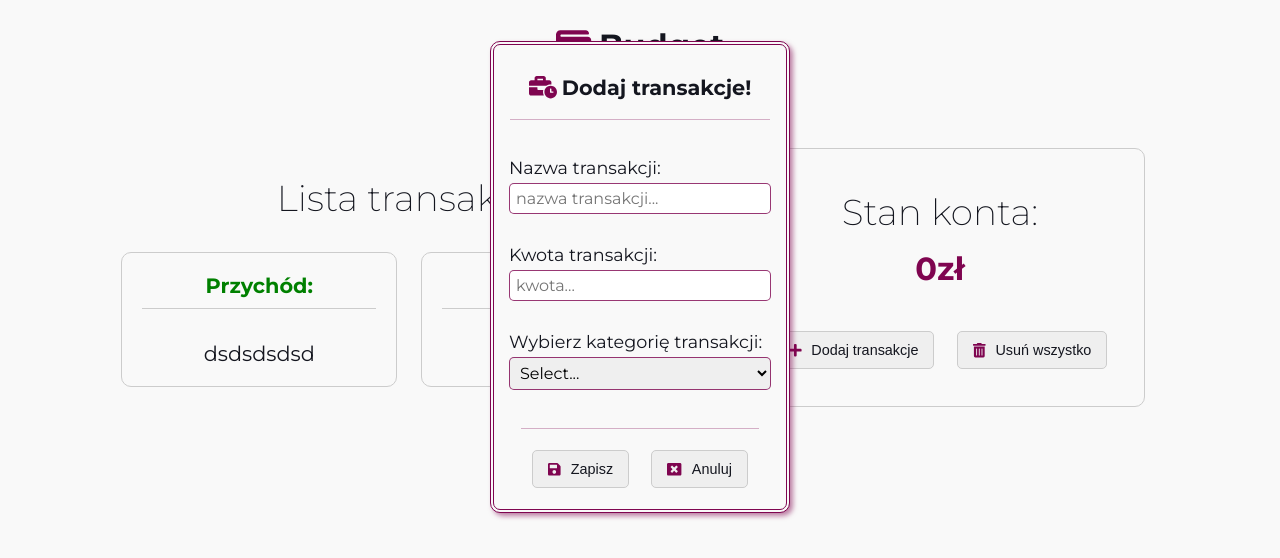
Repository: KrzysKolo/sr_tydzien4_zad4
Page: /, after clicking the first element matching `button.sc-dLMFU`
These files come from the project's save history. The page is drawn as it stood at one moment and after the next save; the edit follows.
The browser window is 1280 px wide. The pictures show the whole page.
Some web libraries are served in a nearby version. The project was rebuilt for these pictures with package versions that can differ from the ones it lists, and the page was loaded fresh each time. Also part of the build but not shown: src/components/budgetComponents/formComponents/ErrorMessage.js.

Above is the page before, as saved 2020-12-03 19:37:10.

### public/index.html
<!DOCTYPE html>
<html lang="en">
  <head>
    <meta charset="utf-8" />
    <link rel="icon" href="%PUBLIC_URL%/favicon.ico" />
    <meta name="viewport" content="width=device-width, initial-scale=1" />
    <meta name="theme-color" content="#000000" />
    <meta
      name="description"
      content="Web site created using create-react-app"
    />
    <link rel="apple-touch-icon" href="%PUBLIC_URL%/logo192.png" />
    <!--
      manifest.json provides metadata used when your web app is installed on a
      user's mobile device or desktop. See https://developers.google.com/web/fundamentals/web-app-manifest/
    -->
    <link rel="manifest" href="%PUBLIC_URL%/manifest.json" />
    <!--
      Notice the use of %PUBLIC_URL% in the tags above.
      It will be replaced with the URL of the `public` folder during the build.
      Only files inside the `public` folder can be referenced from the HTML.

      Unlike "/favicon.ico" or "favicon.ico", "%PUBLIC_URL%/favicon.ico" will
      work correctly both with client-side routing and a non-root public URL.
      Learn how to configure a non-root public URL by running `npm run build`.
    -->
    <link
      href="https://fonts.googleapis.com/css?family=Montserrat:200,400,700&display=swap&subset=latin-ext"
      rel="stylesheet"
    />
    <script
      src="https://kit.fontawesome.com/327a0d490c.js"
      crossorigin="anonymous"
    ></script>
    <title>Budget</title>
  </head>
  <body>
    <noscript>You need to enable JavaScript to run this app.</noscript>
    <div id="root"></div>
    <!--
      This HTML file is a template.
      If you open it directly in the browser, you will see an empty page.

      You can add webfonts, meta tags, or analytics to this file.
      The build step will place the bundled scripts into the <body> tag.

      To begin the development, run `npm start` or `yarn start`.
      To create a production bundle, use `npm run build` or `yarn build`.
    -->
  </body>
</html>

### src/App.js
import React from 'react';
import Budget from './components/Budget'

const App = () => {
  return (
    <>
      <Budget/>
    </>
  )
}

export default App;

### src/components/Budget.js
import React from 'react';
import Header from './budgetComponents/Header';
import Section from './budgetComponents/Section';
import SectionInfo from './budgetComponents/SectionInfo';
import H2 from './budgetComponents/sectionComponents/H2';
import styled, { createGlobalStyle } from 'styled-components';

const GlobalStyle = createGlobalStyle`
    * {
        padding: 0;
        margin: 0;
        box-sizing: border-box;
    }
    body {
        background-color: #f9f9f9;
        color: #14161f;
        font-family: "Montserrat", sans-serif;
        font-size: 16px;
        min-height: 100vh;
    }
    `;
const Container = styled.main`
    font-size: 1.5rem;
`;
const SectionContainer = styled.section`
    display: flex;
    flex-direction: row;
    justify-content: center;
    align-items: center;
`;
const SectionBudget = styled.section`
    display: flex;
    flex-direction: column;
    justify-content: center;
    align-items: center;
`;
const DivItems = styled.div`
    display: flex;
    flex-direction: row;
    justify-content: center;
    align-items: center;

`;
const Budget = () => {
    return (
        <>
            <GlobalStyle />
            <Container>
                <Header />
                <SectionContainer>
                    <SectionBudget>
                        <H2 title={"Lista transakcji"} />
                        <DivItems>
                            <Section title={"Przychód"} label={"p"}/>
                            <Section title={"Wydatki"}/>
                        </DivItems>
                    </SectionBudget>
                    <SectionInfo title={"Stan konta"}/>
                </SectionContainer>
            </Container>

        </>
    )
}

export default Budget;

### src/components/budgetComponents/Header.js
import React from 'react';
import styled from 'styled-components';
import { FontAwesomeIcon } from '@fortawesome/react-fontawesome';
import { faWallet } from '@fortawesome/free-solid-svg-icons';

const SectionHeader = styled.header`
    align-items: center;
    color: rgb(127, 5, 80);
    display: flex;
    font-size: 2.2rem;
    flex-direction: column;
    justify-content: center;
    padding: 2%;
`;
const DivHeader = styled.div`
    align-items: center;
    display: flex;
    flex-direction: row;
    justify-content: center;
    margin-bottom: 0.5rem;
`;
const H1Header = styled.h1`
    color: #14161f;
    font-size: 2rem;
    margin-left: .5rem;
`;
const H2Header = styled.h2`
    color: #14161f;
    font-size: 1.25rem;
`;
const Header = () => {
    return (
        <SectionHeader>
            <DivHeader>
                <FontAwesomeIcon icon={faWallet}/>
                <H1Header>Budget</H1Header>
            </DivHeader>
            <H2Header>Personal finance manager.</H2Header>
        </SectionHeader>
    )
}

export default Header;

### src/components/budgetComponents/Section.js
import React from 'react';
import { H1 }from './sectionComponents/index';
import styled from 'styled-components';

const SectionWrapper = styled.section`
    border: 1px solid #ccc;
    border-radius: 10px;
    display: flex;
    flex-direction: column;
    font-size: 1.3rem;
    justify-content: center;
    align-items: center;
    margin: 2%;
    padding: 20px;
    width: 300px;
`;
const Section = ({ title, label }) => {
    return (
        <SectionWrapper>
           <H1 title={title} label={label}> </H1>
           <p>dsdsdsdsd</p>
        </SectionWrapper>
    )
}

export default Section;

### src/components/budgetComponents/SectionInfo.js
import React, { useState } from 'react';
import { H2, P } from './sectionComponents/index';
import Form from './Form';
import Button from './../budgetComponents/buttons/Button';
import styled from 'styled-components';
import { faPlus,  faTrashAlt } from '@fortawesome/free-solid-svg-icons';
const SectionWrapper = styled.section`
    border: 1px solid #ccc;
    border-radius: 10px;
    display: flex;
    flex-direction: column;
    margin: 2vw;
    padding: 2%;
`;
const ButtonWrapper = styled.div`
    display: flex;
    flex-direction: row;
`;

const SectionInfo = ({ title }) => {
    const [showForm, setShowForm] = useState(false);
    const openForm = () =>{
        console.log("aaaaa");
        setShowForm(prev => !prev);
  };
    return (
        <>
        <SectionWrapper>
           <H2 title={title}> </H2>
           <P />
           <ButtonWrapper>
                <Button onClick={openForm} title="Dodaj transakcje" icons={faPlus} />
                <Button title="Usuń wszystko" icons={faTrashAlt} type="submit"/>
           </ButtonWrapper>

        </SectionWrapper>
        <Form showForm={showForm} setShowForm={setShowForm} />
        </>
    )
}

export default SectionInfo;

### src/components/budgetComponents/sectionComponents/H2.js
import React from 'react'
import styled from 'styled-components';

const TitleH2 = styled.h2`
    font-weight: 200;
    margin: 2% auto;
    padding: 0.5rem;
`;

const H2 = ({title}) => {
    return (
        <TitleH2>
            {title}:
        </TitleH2>
    )
}

export default H2;

### src/components/budgetComponents/sectionComponents/index.js
export { default as H1 } from './H1';
export { default as H2 } from './H2';
export { default as P } from './P';

### src/components/budgetComponents/Form.js
import React, { useState } from 'react';
import { Header, Input, Select } from './formComponents/';
import Button from './buttons/Button';
import styled from 'styled-components';
import SelectOptions from './../data/SelectOptions';
import { faBusinessTime, faSave, faWindowClose } from '@fortawesome/free-solid-svg-icons';
import { useFormik } from 'formik';
import * as yup from 'yup';

const FormWrapper = styled.form`
    background-color: #f9f9f9;
    border: 4px double rgb(127, 5, 80);
    border-radius: 10px;
    box-shadow: 3px 3px 5px rgba(127, 5, 80, 0.5);
    color: rgb(127, 5, 80);
    position: fixed;
    display: flex;
    flex-direction: column;
    justify-content: center;
    align-items: center;
    /* margin: 0 auto; */
    padding: 10px;
    width: 20vw;
    min-width: 300px;
`;
const ButtonWrapper = styled.div`
    display: flex;
    flex-direction: row;
    justify-content: center;
    border-top: 1px solid rgba(127, 5, 80, 0.3);
    padding-top: 10px;
    margin-top: 1.4rem;
`;

const FormData = ({ showForm, setShowForm }) => {
    const initialValues  = {
        name: '',
        amount: '',
        category: -1,
    };
    const validationSchema = yup.object({
        name: yup.string().required("Required").min(3, "Musi być min 3 znaki").max(50,"Moze być max 50 znaków"),
        amount: yup.number().required("Required").min(1, "Musi być conajmniej 1 cyfra"),
        category: yup.number().required("Musi być wybrane").min(0, ).max(5),
    })
    const onSubmit = ( values, {resetForm} ) => {
        console.log('Form data', values);
        setShowMessage(true);
        resetForm();
    };
    const [ showMessage, setShowMessage ] = useState(false);
    const formik = useFormik({
        initialValues,
        validationSchema,
        onSubmit,
    });
    return (
        <>
        { showForm &&
        <FormWrapper onSubmit={formik.handleSubmit}>
            <Header icons={faBusinessTime} title={"Dodaj transakcje!"} />
            <Input type="text" label="Nazwa transakcji" name="name" placeholder="nazwa transakcji..." onChange={formik.handleChange} value={formik.values.name} onBlur={formik.handleBlur} error={formik.errors.name} message={formik.errors.name} touched={formik.touched.name} />
            <Input type="text" label="Kwota transakcji" name="amount" placeholder="kwota..." onChange={formik.handleChange} value={formik.values.amount} onBlur={formik.handleBlur} error={formik.errors.amount} message={formik.errors.amount} touched={formik.touched.amount}/>
            <Select options={SelectOptions} label="Wybierz kategorię transakcji" name="category" onChange={formik.handleChange} value={formik.values.category} onBlur={formik.handleBlur} error={formik.errors.category} message={formik.errors.category} touched={formik.touched.category}/>
            <ButtonWrapper>
                <Button type="save" title="Zapisz" icons={faSave}/>
                <Button title="Anuluj" icons={faWindowClose} type="cancel" onClick={() => setShowForm(prev => !prev)} />
            </ButtonWrapper>
        </FormWrapper>
        }
        </>
    )
}

export default FormData;

### src/components/budgetComponents/buttons/Button.js
import React from 'react';
import styled from 'styled-components';
import { FontAwesomeIcon } from '@fortawesome/react-fontawesome';

const ButtonDiv = styled.button`
    border: 1px solid #ccc;
    border-radius: 5px;
    margin: 0.7rem;
    padding: 10px 15px;
    display: flex;
    flex-direction: row;
    align-items: center;
    color: rgb(127, 5, 80);
    font-size: 0.9rem;
    cursor: pointer;
    transition: 0.3s ease-in-out;
    &:hover {
        border: 1px solid rgba(127, 5, 80, 0.4);
        background-color:  #f9f9f9;
        color: rgba(127, 5, 80, 0.5);
    }
`;
const ButtonTitleDiv = styled.div`
    margin-left: 10px;
    color: #14161f;
`;
const Button = ({ title, icons, onClick }) => {
    return (
        <ButtonDiv onClick={onClick}>
            <FontAwesomeIcon icon={icons} />
            <ButtonTitleDiv>{title}</ButtonTitleDiv>
        </ButtonDiv>
    )
}

export default Button;

### src/components/budgetComponents/sectionComponents/H1.js
import React from 'react'
import styled from 'styled-components';

const TitleH1 = styled.h1`
    border-bottom: 1px solid #ccc;
    color: ${label => label ? 'green' : 'red'};
    margin-bottom: 2rem;
    padding-bottom: 10px;
    display: block;
    width: 100%;
    text-align: center;
`;

const H1 = ({title, label}) => {
    return (
        <TitleH1>
            {title}:
        </TitleH1>
    )
}

export default H1;

### src/components/budgetComponents/sectionComponents/P.js
import React from 'react';
import styled from 'styled-components';

const InfoP = styled.p`
    color: rgb(127, 5, 80);
    font-size: 2rem;
    font-weight: bold;
    width: 100%auto;
    text-align: center;
    padding-bottom: 2rem;
`;

const P = () => {
    return (
        <InfoP>
            0zł
        </InfoP>
    )
}

export default P;

### src/components/budgetComponents/formComponents/index.js
export { default as Header } from './Header';
export { default as Input } from './Input';
export { default as ErrorMessage } from './ErrorMessage';
export { default as Select } from './Select';

### src/components/data/SelectOptions.js
const SelectOptions=[
    { id: -1, value: "-1", label:"", title: 'Select...' },
    { id: 0, value: "0", label:"[+]", title: 'Przychód' },
    { id: 1, value: "1", label:"[-]", title: 'Rachunki' },
    { id: 2, value: "2", label:"[-]", title: 'Sport' },
    { id: 3, value: "3", label:"[-]", title: 'Wyżywienie' },
    { id: 4, value: "4", label:"[-]", title: 'Kultura' },
    { id: 5, value: "5", label:"[-]", title: 'Wypoczynek' },
];
export default SelectOptions;

### src/components/budgetComponents/formComponents/Header.js
import React from 'react';
import styled from 'styled-components';
import { FontAwesomeIcon } from '@fortawesome/react-fontawesome';

const TitleH1 = styled.h1`
    border-bottom: 1px solid rgba(127, 5, 80, 0.3);
    display: flex;
    flex-direction: row;
    justify-content: center;
    align-items: center;
    font-size: 1.4rem;
    padding: 1.2rem;
    text-align: center;
    margin-bottom: 1.4rem;
`;
const TitleDiv = styled.div`
    color: #14161f;
    font-family: "Montserrat", sans-serif;
    font-size: 1.3rem;
    font-weight: 600;
    margin-left: 5px;
`;
const Header = ({ title, icons } ) => {
    return (
        <TitleH1>
            <FontAwesomeIcon icon={icons}/>
            <TitleDiv>{title}</TitleDiv>
        </TitleH1>
    )
}

export default Header;

### src/components/budgetComponents/formComponents/Input.js
import React from 'react';
import styled from 'styled-components';
import ErrorMessage from './ErrorMessage';

const InputWrapper = styled.div`
    display: flex;
    flex-direction: column;
    justify-content: flex-start;
    color: #14161f;
    font-family: "Montserrat", sans-serif;
    padding: 5px;
    margin: 10px 0;
    width: 100%;
`;
const InputLabel = styled.label`
    padding-bottom: 5px;
    font-size: 1.1rem;
`;
const inputStyles = (error) => `
    padding: 5px 6px;
    border: 1px solid ${error ? '#d3170d' : 'rgba(127, 5, 80, 0.8)'};
    border-radius: 5px;
    font-family: inherit;
    font-size: 1rem;

`;
const InputContainer = styled.input`
    ${props => inputStyles(props.error && props.touched)}
`;
const Input = (props) => {
    const { label, name, message, error, touched, onClick} = props;
    return (
        <InputWrapper onClick={onClick}>
                <InputLabel htmlFor={name}>{label}:</InputLabel>
                <InputContainer {...props} id={name} />
                { error && touched && <ErrorMessage message={message}/>}
        </InputWrapper>
    )
}

export default Input;

### src/components/budgetComponents/formComponents/Select.js
import React from 'react';
import styled from 'styled-components';
import ErrorMessage from './ErrorMessage';

const SelectWrapper = styled.div`
    display: flex;
    flex-direction: column;
    justify-content: flex-start;
    color: #14161f;
    font-family: "Montserrat", sans-serif;
    padding: 5px;
    margin: 10px 0;
    width: 100%;
`;
const SelectLabel = styled.label`
    padding-bottom: 5px;
    font-size: 1.1rem;
`;
const selectStyles = (error) => `
    padding: 5px 6px;
    border: 1px solid ${error ? '#d3170d' : 'rgba(127, 5, 80, 0.8)'};
    border-radius: 5px;
    font-family: inherit;
    font-size: 1rem;

`;
const SelectContainer = styled.select`
    ${props => selectStyles(props.error && props.touched)}
`;

const Select = (props) => {
    const { label, name, options, error, message, touched } = props;
    return (
            <SelectWrapper>
                <SelectLabel>{label}:</SelectLabel>
                <SelectContainer {...props} id={name}>
                    {options.map(option => {
                        return (
                            <option key={option.id} value={option.value}>{option.label} {option.title}</option>
                        )
                    })}
                </SelectContainer>
                { error && touched && <ErrorMessage message={message} />}
            </SelectWrapper>
    )
}

export default Select;

Loaded but not shown: src/index.js (common file); src/index.css (common file)

After the next save:
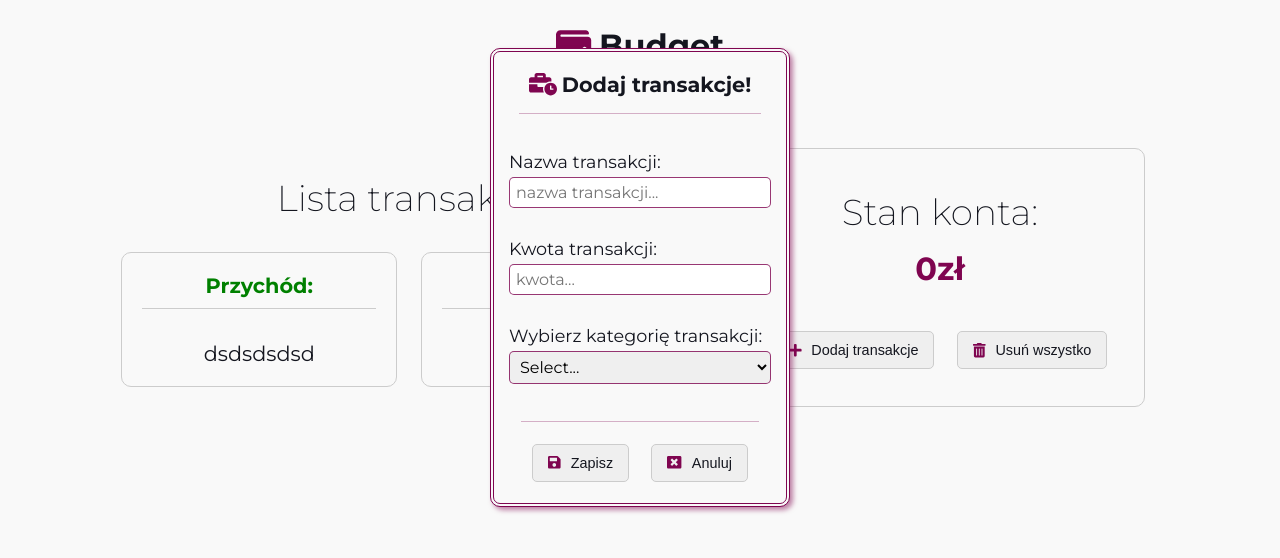
Saved 23 s later.
--- a/src/components/budgetComponents/formComponents/Header.js
+++ b/src/components/budgetComponents/formComponents/Header.js
@@ -9,7 +9,7 @@ const TitleH1 = styled.h1`
     justify-content: center;
     align-items: center;
     font-size: 1.4rem;
-    padding: 1.2rem;
+    padding: 10px 10px 1rem 10px;
     text-align: center;
     margin-bottom: 1.4rem;
 `;
